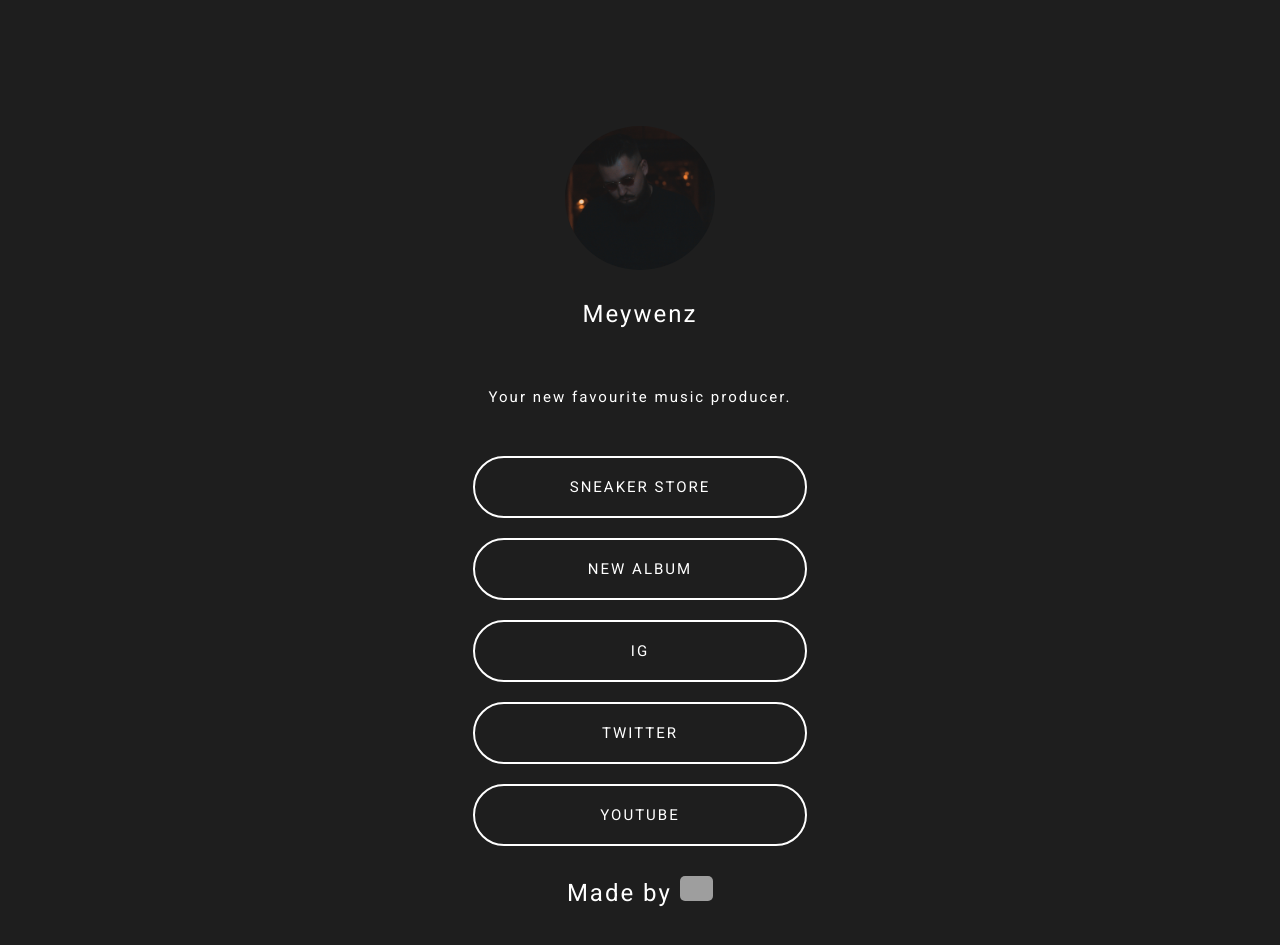
Repository: meywenz/mysite
Page: index.html
An editor plug-in stored every save of this project. The page is shown before and after the next save, followed by the edit.
The browser window is 1280 px wide. The pictures show the whole page.
Pictures or frames that could not be fetched are drawn as grey boxes.

Above is the page before, as saved 2021-04-08 17:38:51.

After the next save:
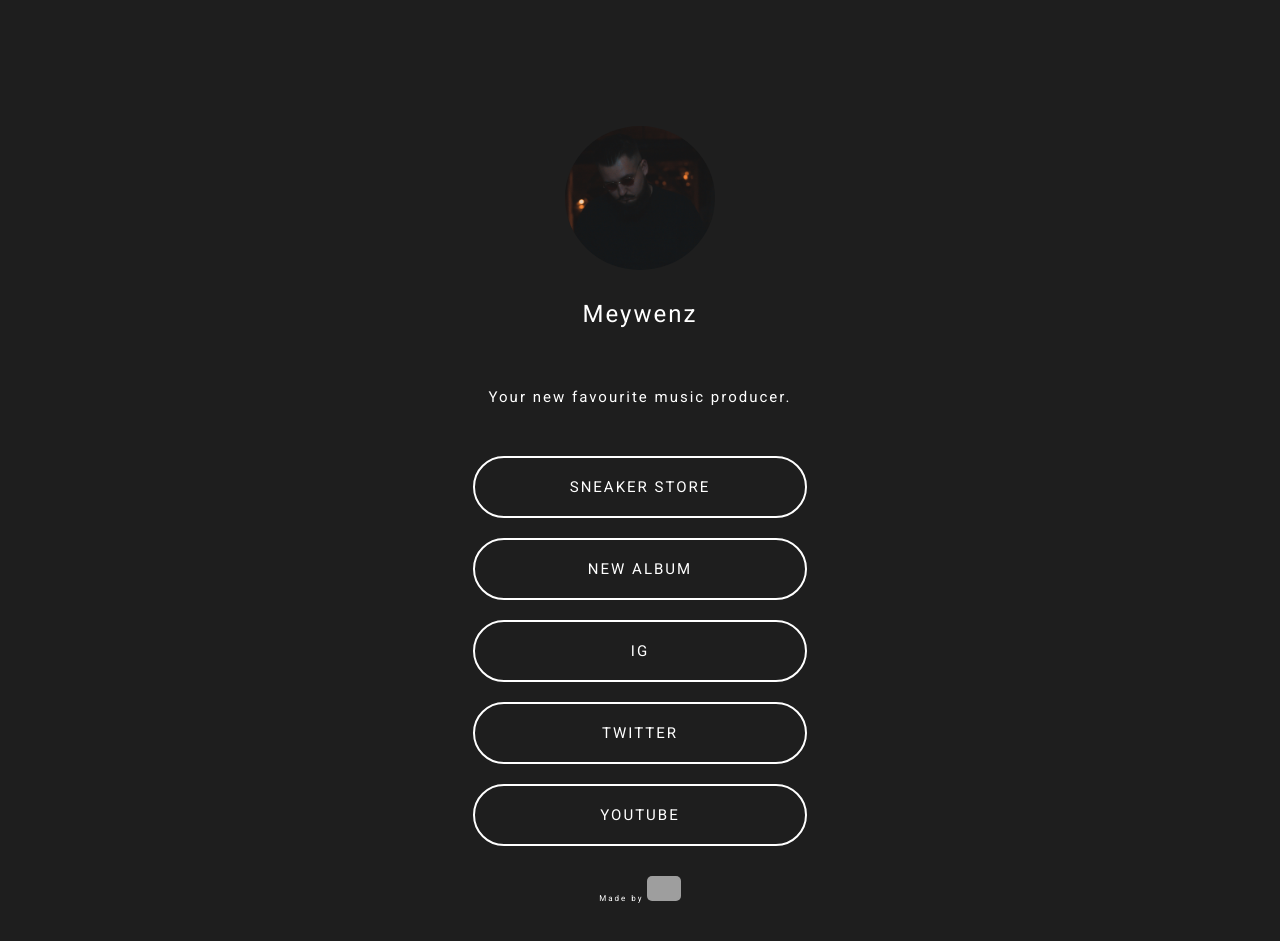
Saved 24 s later.
--- a/styles.css
+++ b/styles.css
@@ -57,7 +57,7 @@
   font-family: "Roboto", sans-serif;
   text-align: center;
   padding: 30px;
-  font-size: 1.5rem;
+  font-size: 0.5rem;
 }
 .logo-bottom {
   max-height: 25px;
